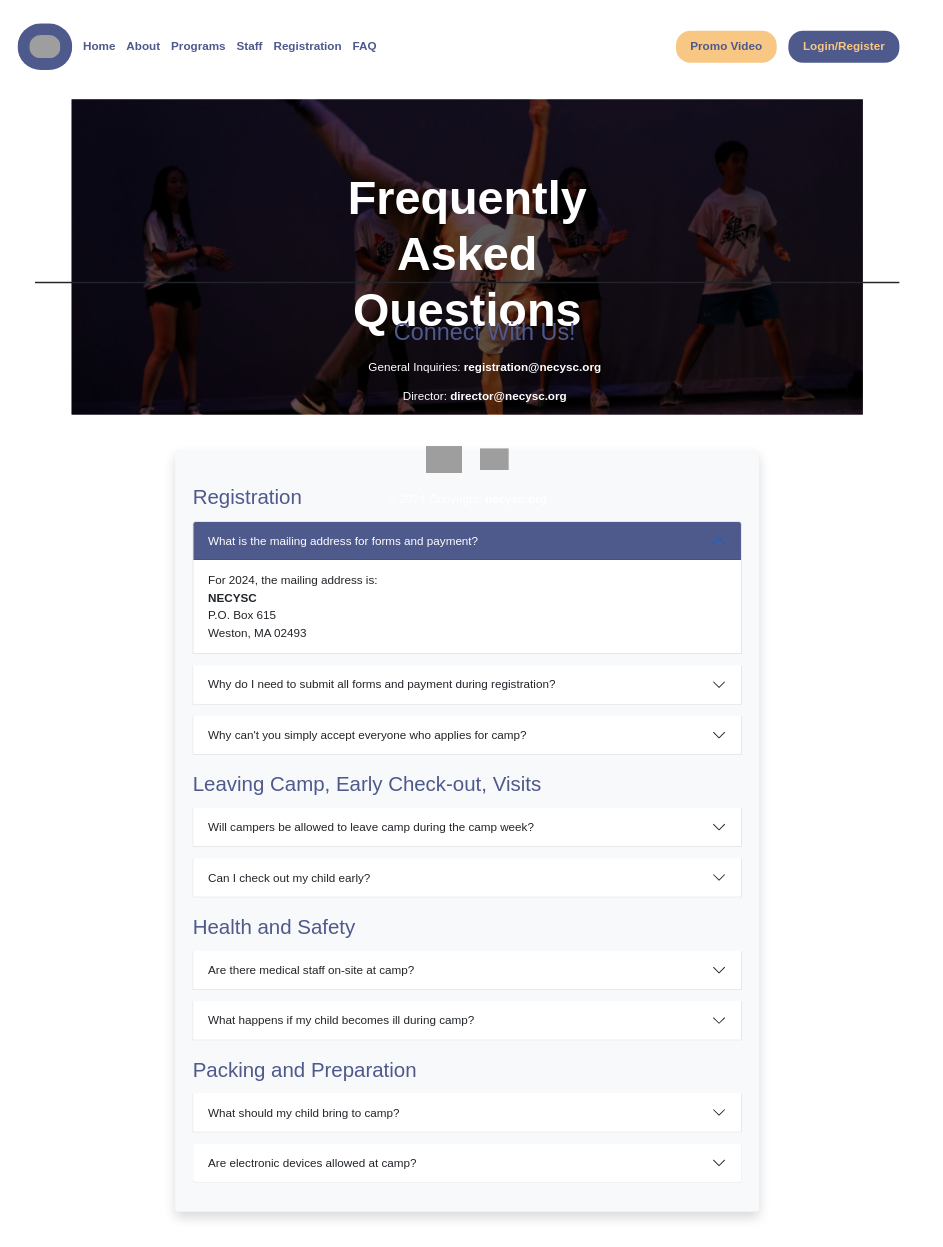
Repository: fullstackatbrown/project-necysc
Page: necysc_app/templates/necysc_app/website/faq.html
The author's editor kept a copy of each file at every save. The page is drawn from the files as they stood at one save, then again after the next save.
The browser window is 1280 px wide. The page is 1292 px wide, so the pictures cover 1292 px, including what lies to the right of the window. The pictures show the whole page, at 73% of full size.
Pictures or frames that could not be fetched are drawn as grey boxes. Some web fonts or font styles are not loaded; a fallback is used. The template is drawn by Django 5.2. The application's start-up code is not run. Other server files are loaded and not shown. The template is opened directly, without the code that normally fills it, so the values that code supplies are empty.

Above is the page before, as saved 2024-12-04 01:51:34.

### necysc_app/templates/necysc_app/website/faq.html
{% extends "necysc_app/base.html" %}
{% load static %}
{% block title %} Frequently Asked Questions {% endblock %}
{% block content %}
<link rel="stylesheet" href="{% static 'necysc_app/staff.css' %}" />
<link rel="stylesheet" href="{% static 'necysc_app/style.css' %}" />
<style>
    .hero-section {
        background-image: url("{% static 'necysc_app/images/faq_banner.jpg' %}");
    }

    h2 {
        color: #4e598c;
    }
</style>


<section>
    <div class="hero-section position-relative overflow-hidden p-3 p-md-5 m-md-3 text-center bg-light">
        <div class="overlay"></div>
        <div class="col-md-6 p-lg-5 mx-auto my-5 position-relative container">
            <h1 class="display-3 fw-bold text-white">Frequently Asked Questions</h1>
        </div>
    </div>
</section>

<div class="accordion container my-5 p-4 shadow rounded-3" id="faqAccordion" style="max-width: 800px; background-color: #f8f9fa;">
    <h2 id="faqregistration" class="faq-subtitle mt-4 mb-3" style="font-size: 1.75rem">Registration</h2>
    <div class="accordion-item mb-3">
        <h2 class="accordion-header" id="headingOne">
            <button class="accordion-button" type="button" data-bs-toggle="collapse" data-bs-target="#collapseOne" aria-expanded="true" aria-controls="collapseOne">
                What is the mailing address for forms and payment?
            </button>
        </h2>
        <div id="collapseOne" class="accordion-collapse collapse show" aria-labelledby="headingOne" data-bs-parent="#faqAccordion">
            <div class="accordion-body">
                For 2024, the mailing address is:<br>
                <strong>NECYSC</strong><br>P.O. Box 615<br>Weston, MA 02493
            </div>
        </div>
    </div>

    <div class="accordion-item mb-3">
        <h2 class="accordion-header" id="headingTwo">
            <button class="accordion-button collapsed" type="button" data-bs-toggle="collapse" data-bs-target="#collapseTwo" aria-expanded="false" aria-controls="collapseTwo">
                Why do I need to submit all forms and payment during registration?
            </button>
        </h2>
        <div id="collapseTwo" class="accordion-collapse collapse" aria-labelledby="headingTwo" data-bs-parent="#faqAccordion">
            <div class="accordion-body">
                With over 350 campers and CITs, our volunteer staff must review every form before camp begins. Therefore, all forms and payment are required during registration. Campers will not be accepted until all required forms and payment are received. If you need an extension due to special circumstances, please contact <a href="mailto:registration@necysc.org">registration@necysc.org</a>.
            </div>
        </div>
    </div>

    <div class="accordion-item mb-3">
        <h2 class="accordion-header" id="headingThree">
            <button class="accordion-button collapsed" type="button" data-bs-toggle="collapse" data-bs-target="#collapseThree" aria-expanded="false" aria-controls="collapseThree">
                Why can't you simply accept everyone who applies for camp?
            </button>
        </h2>
        <div id="collapseThree" class="accordion-collapse collapse" aria-labelledby="headingThree" data-bs-parent="#faqAccordion">
            <div class="accordion-body">
                Factors like room availability, staff-to-camper ratio, and licensing restrictions limit the number of campers we can accept each year.
            </div>
        </div>
    </div>

    <h2 id="faqleavingcamp" class="faq-subtitle mt-4 mb-3" style="font-size: 1.75rem;">Leaving Camp, Early Check-out, Visits</h2>
    <div class="accordion-item mb-3">
        <h2 class="accordion-header" id="headingFour">
            <button class="accordion-button collapsed" type="button" data-bs-toggle="collapse" data-bs-target="#collapseFour" aria-expanded="false" aria-controls="collapseFour">
                Will campers be allowed to leave camp during the camp week?
            </button>
        </h2>
        <div id="collapseFour" class="accordion-collapse collapse" aria-labelledby="headingFour" data-bs-parent="#faqAccordion">
            <div class="accordion-body">
                Campers are not allowed to leave during the camp week for non-emergency appointments (e.g., doctor’s visits, sports practices). Exceptions for unforeseen situations can be discussed with the camp director.
            </div>
        </div>
    </div>

    <div class="accordion-item mb-3">
        <h2 class="accordion-header" id="headingFive">
            <button class="accordion-button collapsed" type="button" data-bs-toggle="collapse" data-bs-target="#collapseFive" aria-expanded="false" aria-controls="collapseFive">
                Can I check out my child early?
            </button>
        </h2>
        <div id="collapseFive" class="accordion-collapse collapse" aria-labelledby="headingFive" data-bs-parent="#faqAccordion">
            <div class="accordion-body">
                Early check-out is discouraged to ensure full participation in closing ceremonies. If necessary, a Request for Early Check-Out form can be completed prior to camp for a designated early check-out time.
            </div>
        </div>
    </div>

    <h2 id="faqhealth" class="faq-subtitle mt-4 mb-3" style="font-size: 1.75rem;">Health and Safety</h2>
    <div class="accordion-item mb-3">
        <h2 class="accordion-header" id="headingSix">
            <button class="accordion-button collapsed" type="button" data-bs-toggle="collapse" data-bs-target="#collapseSix" aria-expanded="false" aria-controls="collapseSix">
                Are there medical staff on-site at camp?
            </button>
        </h2>
        <div id="collapseSix" class="accordion-collapse collapse" aria-labelledby="headingSix" data-bs-parent="#faqAccordion">
            <div class="accordion-body">
                Yes, trained medical staff are available on-site throughout the camp week to handle any medical issues or emergencies.
            </div>
        </div>
    </div>

    <div class="accordion-item mb-3">
        <h2 class="accordion-header" id="headingSeven">
            <button class="accordion-button collapsed" type="button" data-bs-toggle="collapse" data-bs-target="#collapseSeven" aria-expanded="false" aria-controls="collapseSeven">
                What happens if my child becomes ill during camp?
            </button>
        </h2>
        <div id="collapseSeven" class="accordion-collapse collapse" aria-labelledby="headingSeven" data-bs-parent="#faqAccordion">
            <div class="accordion-body">
                If a camper becomes ill, they will be evaluated by medical staff. Parents may be contacted based on the severity of the illness.
            </div>
        </div>
    </div>

    <h2 id="faqpacking" class="faq-subtitle mt-4 mb-3" style="font-size: 1.75rem;">Packing and Preparation</h2>
    <div class="accordion-item mb-3">
        <h2 class="accordion-header" id="headingEight">
            <button class="accordion-button collapsed" type="button" data-bs-toggle="collapse" data-bs-target="#collapseEight" aria-expanded="false" aria-controls="collapseEight">
                What should my child bring to camp?
            </button>
        </h2>
        <div id="collapseEight" class="accordion-collapse collapse" aria-labelledby="headingEight" data-bs-parent="#faqAccordion">
            <div class="accordion-body">
                Campers should bring essentials like clothing, toiletries, a water bottle, and any necessary medication. A detailed packing list will be provided upon registration.
            </div>
        </div>
    </div>

    <div class="accordion-item mb-3">
        <h2 class="accordion-header" id="headingNine">
            <button class="accordion-button collapsed" type="button" data-bs-toggle="collapse" data-bs-target="#collapseNine" aria-expanded="false" aria-controls="collapseNine">
                Are electronic devices allowed at camp?
            </button>
        </h2>
        <div id="collapseNine" class="accordion-collapse collapse" aria-labelledby="headingNine" data-bs-parent="#faqAccordion">
            <div class="accordion-body">
                We encourage campers to leave electronic devices at home to fully immerse in the camp experience. If brought, devices will be collected and securely stored until the end of camp.
            </div>
        </div>
    </div>
</div>



{% endblock %}

### necysc_app/templates/necysc_app/base.html
<!DOCTYPE html>
<html lang="en">
	<!-- Header -->
	{% load static %} {% include 'necysc_app/header.html' %}

	<head>
		<!-- Required meta tags -->
		<meta charset="utf-8" />
		<meta name="viewport" content="width=device-width, initial-scale=1" />

		<!--Bootstrap CSS-->
		<link
			href="https://cdn.jsdelivr.net/npm/bootstrap@5.0.2/dist/css/bootstrap.min.css"
			rel="stylesheet"
			integrity="sha384-EVSTQN3/azprG1Anm3QDgpJLIm9Nao0Yz1ztcQTwFspd3yD65VohhpuuCOmLASjC"
			crossorigin="anonymous"
		/>

		<title>{% block title %} {% endblock %}</title>
		<link rel="preconnect" href="https://fonts.googleapis.com" />
		<link rel="preconnect" href="https://fonts.gstatic.com" crossorigin />
		<link
			href="https://fonts.googleapis.com/css2?family=Roboto+Mono:ital,wght@0,100..700;1,100..700&display=swap"
			rel="stylesheet"
		/>

		<!--global Hind font-->
		<link
			href="https://fonts.googleapis.com/css2?family=Hind:wght@400;500;600&display=swap"
			rel="stylesheet"
		/>
		<style>
			body {
				font-family: "Hind", sans-serif;
			}
		</style>

	</head>

	<body>
		<!-- Navbar -->
		{% include 'necysc_app/navbar.html' %}

		<!-- Content -->
		<div class="container">{% block content %} {% endblock %}</div>

		<!-- Footer -->
		{% include 'necysc_app/footer.html' %}

		<!--Bootstrap JavaScript Plugins-->
		<script
			src="https://cdn.jsdelivr.net/npm/bootstrap@5.0.2/dist/js/bootstrap.bundle.min.js"
			integrity="sha384-MrcW6ZMFYlzcLA8Nl+NtUVF0sA7MsXsP1UyJoMp4YLEuNSfAP+JcXn/tWtIaxVXM"
			crossorigin="anonymous"
		></script>
	</body>
</html>

### necysc_app/templates/necysc_app/header.html
<!-- Header -->
<head>
    <meta charset="UTF-8" />
    <!-- Bootstrap Imports -->
    <link
      href="https://cdn.jsdelivr.net/npm/bootstrap@5.0.2/dist/css/bootstrap.min.css"
      rel="stylesheet"
      integrity="sha384-EVSTQN3/azprG1Anm3QDgpJLIm9Nao0Yz1ztcQTwFspd3yD65VohhpuuCOmLASjC"
      crossorigin="anonymous"
    />
    <link
      href="https://cdn.jsdelivr.net/npm/bootstrap-icons@1.8.1/font/bootstrap-icons.css"
      rel="stylesheet"
    />
    <script
    src="https://cdn.jsdelivr.net/npm/bootstrap@5.0.2/dist/js/bootstrap.bundle.min.js"
    integrity="sha384-MrcW6ZMFYlzcLA8Nl+NtUVF0sA7MsXsP1UyJoMp4YLEuNSfAP+JcXn/tWtIaxVXM"
    crossorigin="anonymous"
    ></script>
    <meta name="viewport" content="width=device-width, initial-scale=1" />
    {% load static %}
    <link href="{% static 'necysc_app/style.css' %}" rel="stylesheet" />
    <link rel="icon" href="{%  static 'necysc_app/images/favicon.ico' %}">
</head>

### necysc_app/templates/necysc_app/navbar.html
<!DOCTYPE html>
<html>
<head>
    <title>Your Page Title</title>
    <style>
        a {
            font-weight: bold;
            text-decoration: none;
        }

        .dropdown {
            position: relative;
            display: inline-block;
        }

        .dropdown-content {
            display: none;
            position: absolute;
            background-color: #f9f9f9;
            min-width: 160px;
            box-shadow: 0px 8px 16px 0px rgba(0, 0, 0, 0.2);
            z-index: 10;
            top: 100%;
        }

        .dropdown-content a {
            color: #4e598c;
            padding: 12px 16px;
            text-decoration: none;
            display: block;
            transition: color 0.3s ease, background-color 0.3s ease;
        }

        .dropdown-content a:hover {
            background-color: #4e598c;
            color: #F9C784;
        }

        .dropdown:hover .dropdown-content {
            display: block;
        }

        .navbar-link {
            color: #4e598c;
            transition: color 0.3s ease;
        }

        .navbar-link:hover {
            color: #F9C784;
            background: #4e598c;
            transition: color 0.3s ease;
            padding: 10px 20px;
            border-radius: 9px;
        }

        .active {
            color: #F9C784;
            background: #4e598c;
            padding: 10px 20px;
            text-decoration: none;
            border-radius: 9px;
        }


        .btn-login {
            background-color: #4e598c;
            color: #F9C784;
            transition: all 0.3s ease;
            padding: 10px 20px;
            border-radius: 20px;
            display: inline-block;
            text-align: center;
        }

        .btn-login:hover {
            background-color: #F9C784;
            color: #FFFFFF;
        }

        .btn-padding {
            padding: 10px 20px;
            border-radius: 20px;
            display: inline-block;
            text-align: center;
            background: #F9C784;
            color: #4e598c;
            transition: all 0.3s ease;
        }

        .btn-padding:hover {
            background-color: #4e598c;
            color: #ffffff;
        }


        .col-auto {
            display: flex;
            align-items: center;
        }

        img {
            height: 4rem;
            max-width: 100%;
        }

        #logobutton {
            background-color: #4e598c;
            transition: all 0.3s ease;
        }

        #logobutton:hover {
            background-color: #F9C784;
            color: #FFFFFF;
        }
    </style>
</head>
<body>

<!-- navbar sticky -->
{% load static %}
<div class="row mt-2 pt-4 pb-4 mb-3 d-flex ps-4 pe-5 align-items-center gap-3 sticky-top bg-bi-white bg-white row">

    <input type="checkbox" id="menu-toggle" class="menu-toggle">
    <label for="menu-toggle" class="hamburger">
        &#9776;
    </label>

    <div class="nav-links">

        <div class="col-auto">
            <a href="{% url 'necysc_app:index' %}" id="logo-link">
                <img src="https://www.necysc.org/v2/images/logo2.png" alt="Your Image Description" id="logobutton" class="rounded-pill p-3"/>
            </a>
        </div>

        <div class="dropdown col-auto">
            {% if request.user.is_authenticated %}
            <a href="{% url 'necysc_app:home' %}" class="navbar-link {% if request.path == '/' %}active{% endif %}">Applicant Home</a>
            {% else %}
            <a href="{% url 'necysc_app:index' %}" class="navbar-link {% if request.path == '/' %}active{% endif %}">Home</a>
            {% endif %}
        </div>

        {% if not request.user.is_authenticated %}
        <div class="dropdown col-auto">
            <a href="{% url 'necysc_app:about' %}" class="navbar-link {% if request.path == '/about/' %}active{% endif %}">About</a>
            <div class="dropdown-content">
                <a href="{% url 'necysc_app:about' %}#sponsors">Sponsors</a>
                <a href="{% url 'necysc_app:about' %}#contact">Contact Us</a>
            </div>
        </div>

        <div class="dropdown col-auto">
            <a href="{% url 'necysc_app:programs' %}" class="navbar-link {% if request.path == '/programs/' %}active{% endif %}">Programs</a>
            <div class="dropdown-content">
                <a href="{% url 'necysc_app:programs' %}#day">Day Camp</a>
                <a href="{% url 'necysc_app:programs' %}#on">Overnight Camp</a>
                <a href="{% url 'necysc_app:programs' %}#ea">ExplorAsian</a>
            </div>
        </div>

        <div class="dropdown col-auto">
            <a href="{% url 'necysc_app:staff' %}" class="navbar-link {% if request.path == '/staff/' %}active{% endif %}">Staff</a>
            <div class="dropdown-content">
                <a href="{% url 'necysc_app:staff' %}#cit">CIT</a>
                <a href="{% url 'necysc_app:staff' %}#counselor">Counselor</a>
                <a href="{% url 'necysc_app:staff' %}#ra">RA</a>
                <a href="{% url 'necysc_app:staff' %}#ops">OPs</a>
                <a href="{% url 'necysc_app:staff' %}#committee">Committee</a>
            </div>
        </div>

        <div class="dropdown col-auto">
            <a href="{% url 'necysc_app:registration' %}" class="navbar-link {% if request.path == '/registration/' %}active{% endif %}">Registration</a>
            <div class="dropdown-content">
                <a href="{% url 'necysc_app:registration' %}#importantdates">2025 Important Dates</a>
                <a href="{% url 'necysc_app:registration' %}#financialaid">Financial Aid</a>
            </div>
        </div>

        <div class="dropdown col-auto">
            <a href="{% url 'necysc_app:faq' %}" class="navbar-link {% if request.path == '/faq/' %}active{% endif %}">FAQ</a>
            <div class="dropdown-content">
                <a href="{% url 'necysc_app:faq' %}#faqregistration">Registration</a>
                <a href="{% url 'necysc_app:faq' %}#faqleavingcamp">Leaves and Visits</a>
                <a href="{% url 'necysc_app:faq' %}#faqhealth">Health and Safety</a>
                <a href="{% url 'necysc_app:faq' %}#camp">Camp Activities</a>
            </div>
        </div>
        {% endif %}

        <div class="col-auto ms-auto">
            <a href="https://youtu.be/PPZ1zu8fGl0?si=h436QWcB9vHQeV_G" target="_blank" class="btn-padding me-3">Promo Video</a>
            {% if request.user.is_authenticated %}
            <a href="{% url 'necysc_app:logout' %}" class="btn-login">Logout</a>
            {% else %}
            <a href="{% url 'necysc_app:login' %}" class="btn-login">Login/Register</a>
            {% endif %}
        </div>
    </div>
</div>

</body>
</html>

### necysc_app/templates/necysc_app/footer.html
<!-- Footer -->
<footer class="pt-4" id="contact">
  <div class="ms-5 me-5 mb-5 bg-dark" style="height: 2px;"></div>

  <h2 class="ps-5 mb-3 mt-5 text-center" style="color: #4e598c;">Connect With Us!</h2>
  <p class="ps-5 text-center" style="color: white;">General Inquiries:
    <a href="mailto:registration@necysc.org" style="color: white">registration@necysc.org</a>
  </p>
  <p class="ps-5 text-center" style="color: white;"> Director:
    <a href="mailto:registration@necysc.org" style="color: white">director@necysc.org</a>
  </p>
  <p class="ps-5 text-center" style="color: white;"> Assistant Director:
    <a href="mailto:registration@necysc.org" style="color: white">assistantdirector@necysc.org</a>
  </p>

  <div class="row text-center align-items-center justify-content-center">
    <div class="col-auto">
        <a href="https://www.instagram.com/NECYSC/"  target="_blank">
            <img src="https://cdn.freebiesupply.com/images/large/2x/instagram-icon-white-on-black.png" alt="Instagram Logo" style="width: 50px; height: auto;">
        </a>
    </div>
    <div class="col-auto">
      <a href="https://www.facebook.com/NECYSC"target="_blank">
          <img src="https://www.freepnglogos.com/uploads/logo-facebook-png/logo-facebook-facebook-logo-png-transparent-svg-vector-bie-supply-18.png" alt="Facebook Logo" style="width: 40px; height: auto;">
      </a>
    </div>
  </div>


  <!-- Copyright -->

  <div class="text-center p-4" style="color: white;" >
    © 2024 Copyright.
    <a class="text-reset" href="https://necysc.org/">necysc.org</a>
  </div>

</footer>
<!-- Footer -->

### necysc_app/static/necysc_app/style.css
.hero-section {
  position: relative;
  background-size: cover;
  background-position: center;
  background-repeat: no-repeat;
  color: white;
  height: 60vh;
  display: flex;
  align-items: center;
  justify-content: center;
  overflow: hidden;
}

.hero-section .overlay {
  position: absolute;
  top: 0;
  left: 0;
  width: 100%;
  height: 100%;
  background-color: rgba(0, 0, 0, 0.5);
  z-index: 1;
}

.hero-section .position-relative {
  z-index: 2;
}

.btn-purple {
  background-color: #4e598c;
  color: #f9c784;
  transition: all 0.3s ease;
  padding: 10px 20px;
  border-radius: 20px;
  display: inline-block;
  text-align: center;
  text-decoration: none;
  outline: none;
  border: none;
}

.btn-purple:hover {
  background-color: #f9c784;
  color: #ffffff;
}


.accordion-item .accordion-button:not(.collapsed) {
  background-color: #4e598c; /* Darker purple when open */
  color: #ffffff; /* White text for contrast */
}


.menu-toggle {
  display: none;
}

.hamburger {
  display: none;
  font-size: 24px;
  cursor: pointer;
  color: #4e598c;
}


.nav-links {
  display: flex;
  gap: 15px;
}


@media (max-width: 768px) {
  .nav-links {
      display: none;
      flex-direction: column;
      background-color: white;
      position: absolute;
      top: 60px;
      right: 0;
      width: 100%;
      padding: 10px;
      z-index: 1000;
  }

  .menu-toggle:checked + .hamburger + .nav-links {
      display: flex;
  }

  .hamburger {
      display: block;
  }
}

.optional {
  color: gray;
  font-style: italic;
}

.white-link {
  color: #ffffff;
  text-decoration: none;
  transition: color 0.3s ease;
}

.white-link:hover {
  color: #cccccc;
}

.welcome-title {
  color: white;
}

footer {
  position: fixed;
  bottom: 0;
  left: 0;
  width: 100%;
  z-index: 10;
}

### necysc_app/static/necysc_app/staff.css
.staff-section {
    position: relative;
    background-image: url("./images/fans.png");
    background-size: cover;
    background-position: center;
    background-repeat: no-repeat;
    color: white;
    height: 60vh;
    display: flex;
    align-items: center;
    justify-content: center;
    overflow: hidden;
}

.staff-section .overlay {
    position: absolute;
    top: 0;
    left: 0;
    width: 100%;
    height: 100%;
    background-color: rgba(0, 0, 0, 0.5);
    z-index: 1;
}

.staff-section .position-relative {
    z-index: 2;
}

After the next save:
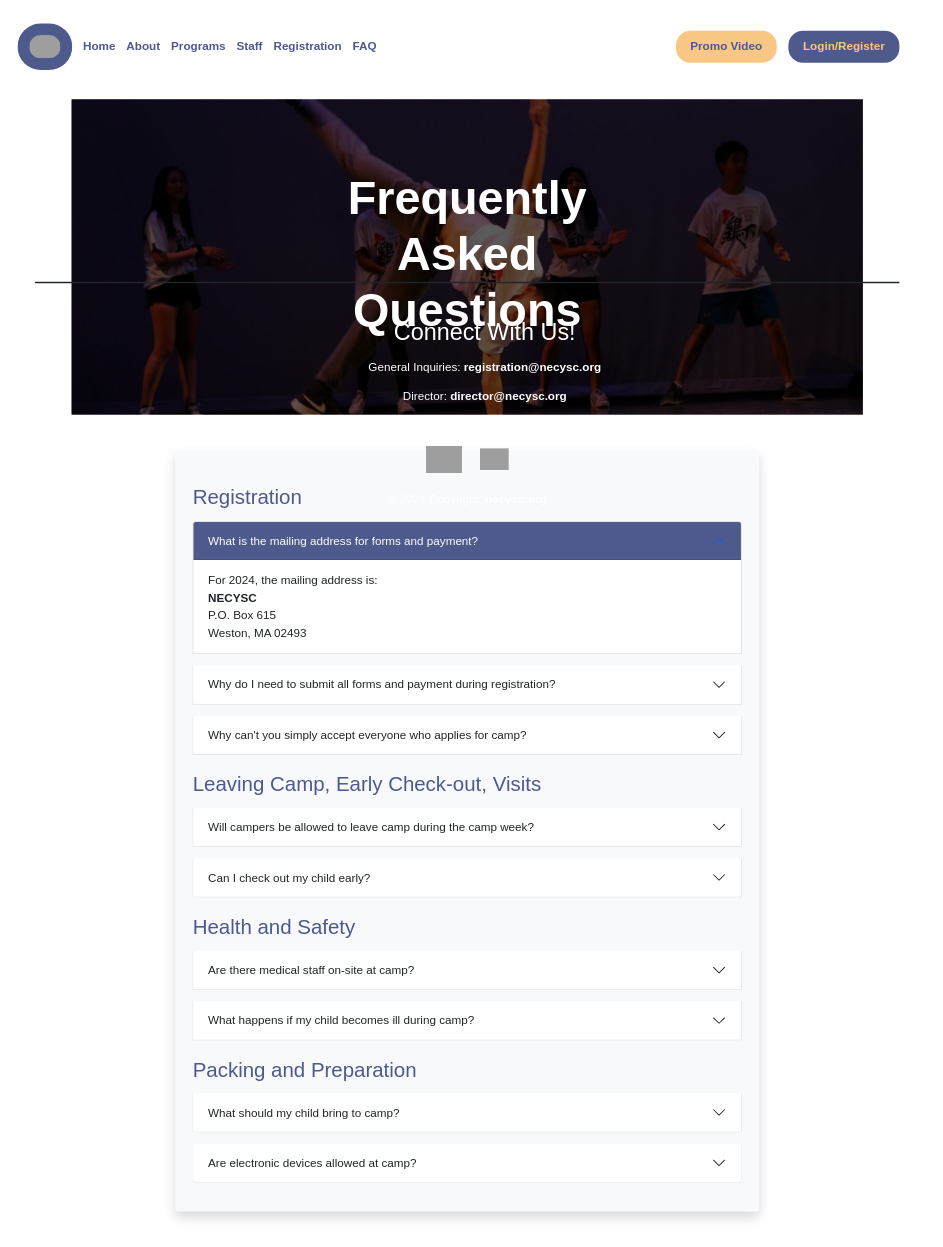
Saved 34 s later.
--- a/necysc_app/templates/necysc_app/footer.html
+++ b/necysc_app/templates/necysc_app/footer.html
@@ -2,7 +2,7 @@
 <footer class="pt-4" id="contact">
   <div class="ms-5 me-5 mb-5 bg-dark" style="height: 2px;"></div>
 
-  <h2 class="ps-5 mb-3 mt-5 text-center" style="color: #4e598c;">Connect With Us!</h2>
+  <h2 class="ps-5 mb-3 mt-5 text-center" style="color: white;">Connect With Us!</h2>
   <p class="ps-5 text-center" style="color: white;">General Inquiries:
     <a href="mailto:registration@necysc.org" style="color: white">registration@necysc.org</a>
   </p>
